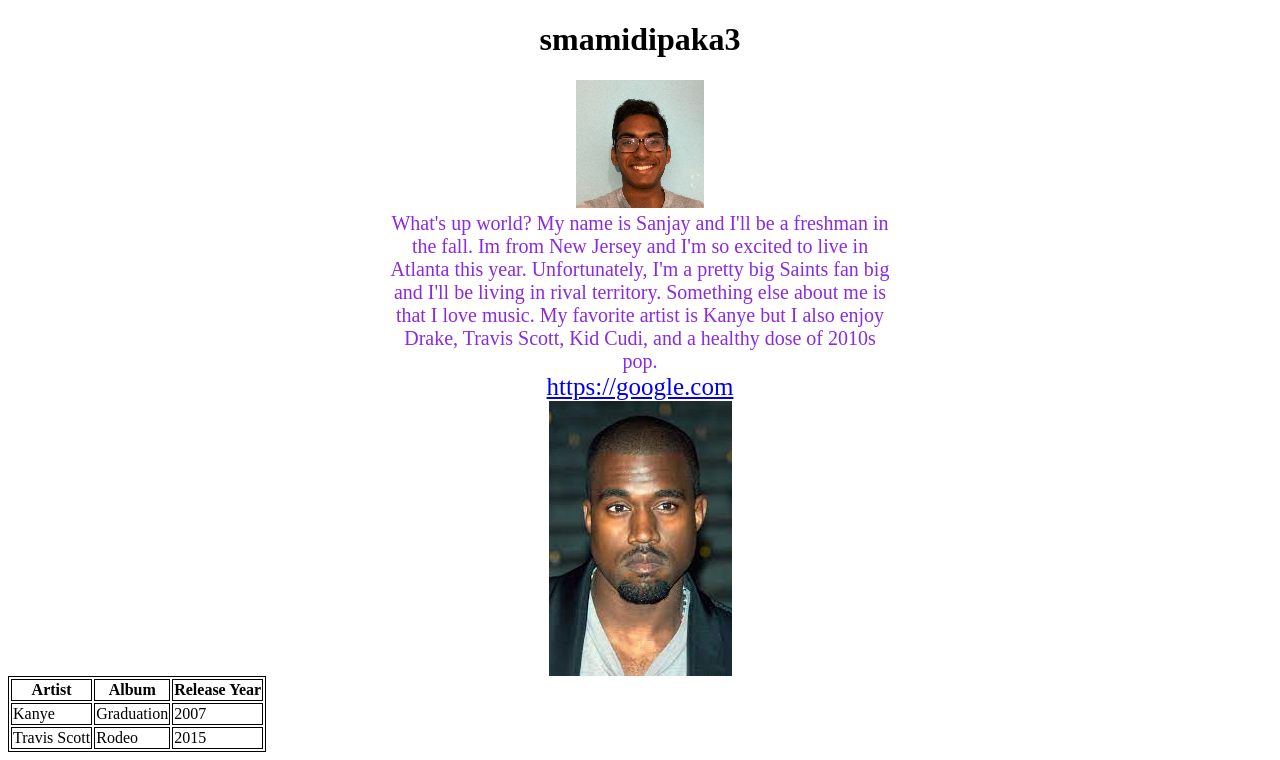
Repository: sanjayMamidipaka/cs1301
Page: lab01/index.html
These files come from the project's save history. The page is drawn as it stood at one moment and after a run of saves; the edit follows.
The browser window is 1280 px wide. The pictures show the whole page.

Above is the page before, as saved 2021-07-22 16:40:49.

After the next 3 saves:
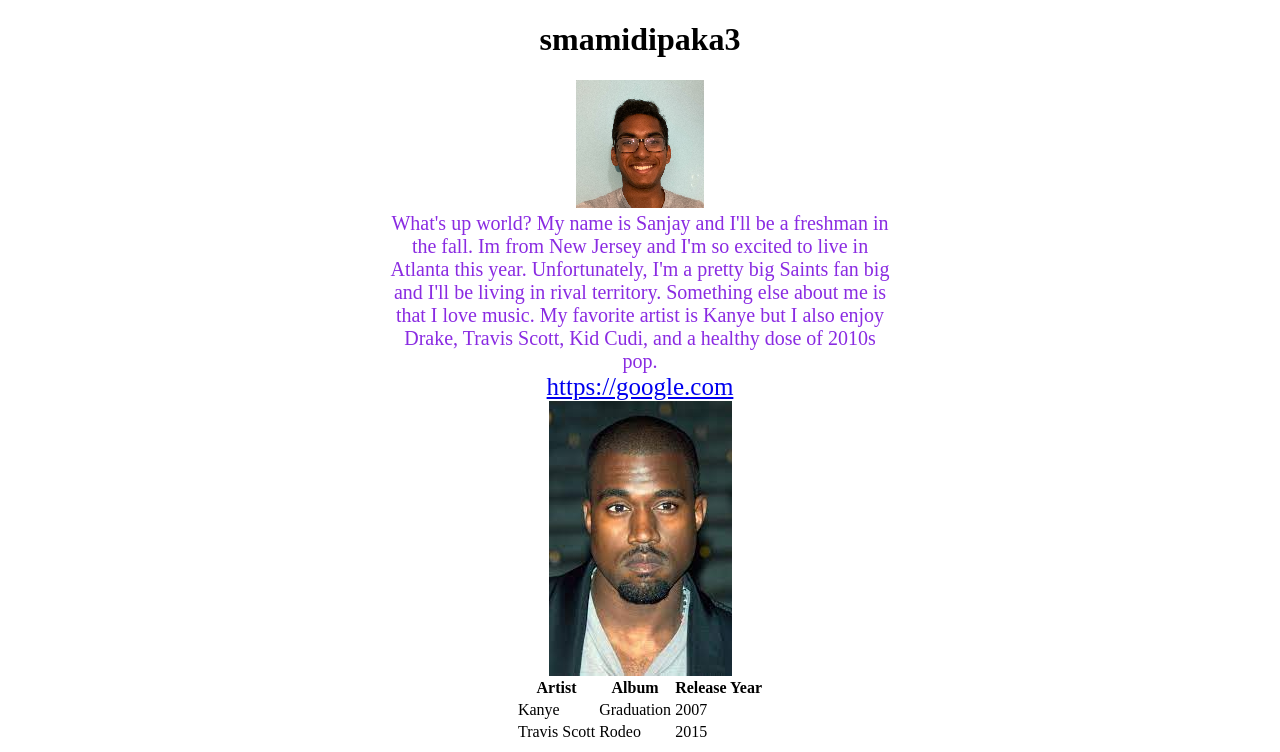
The 3 saves are shown as one change because they came seconds apart.
The last was saved 10 s later.
--- a/lab01/style.css
+++ b/lab01/style.css
@@ -20,7 +20,7 @@
     margin-right: auto;
 }
 
-table, th, td {
-    border: 1px solid black;
-    align-items: center;
+.center {
+    margin-left: auto;
+    margin-right: auto;
   }
